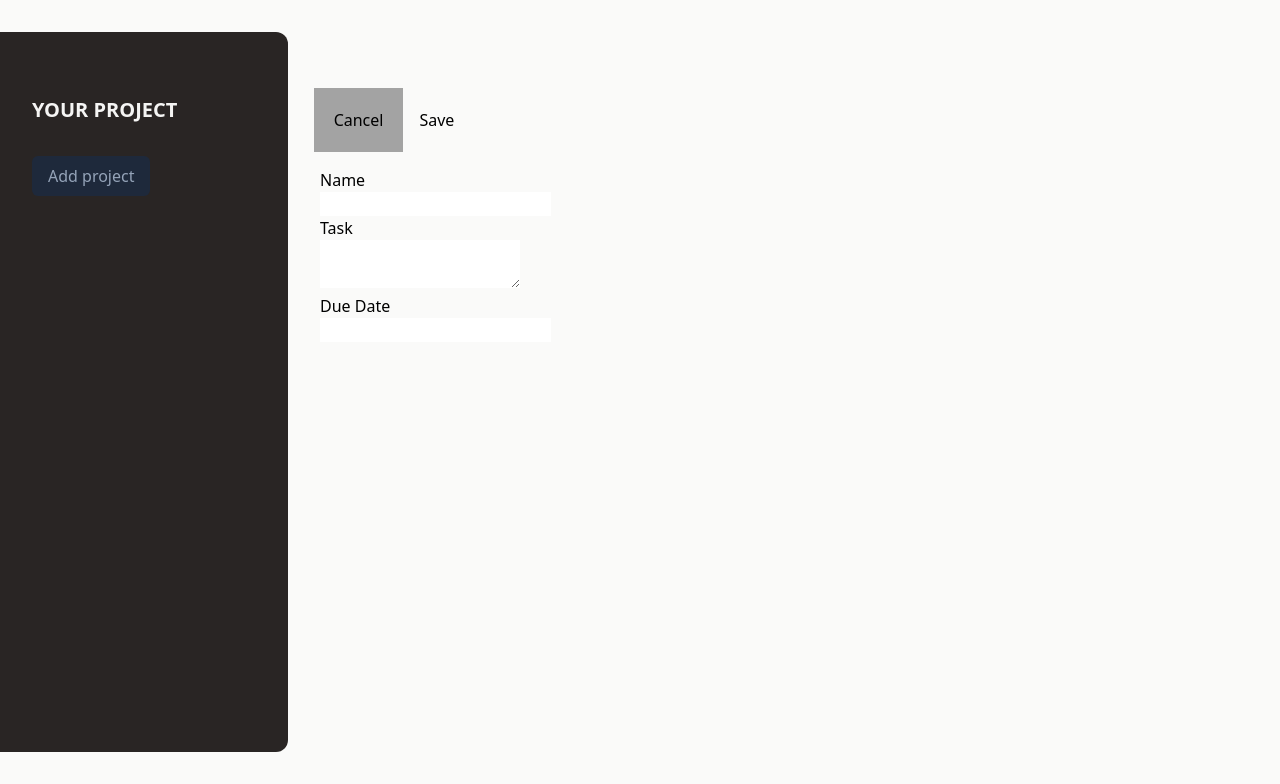
Repository: sibi24sibi/todo-list-using-reactjs
Page: /
The author's editor kept a copy of each file at every save. The page is drawn from the files as they stood at one save, then again after the next save.
The browser window is 1280 px wide. The pictures show the whole page.
The project was rebuilt for these pictures with package versions that can differ from the ones it lists, and the page was loaded fresh each time. Also part of the build but not shown: vite.config.js.

Above is the page before, as saved 2024-06-24 12:06:07.

After the next save:
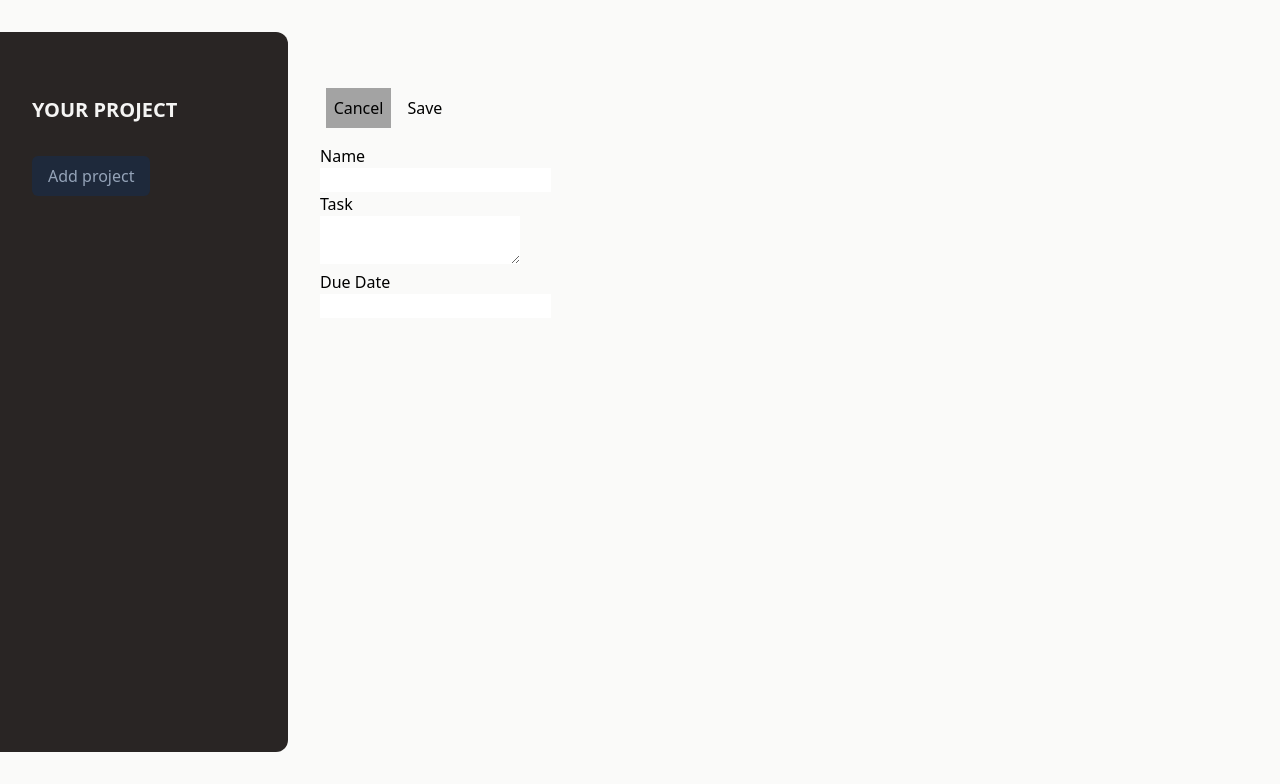
Saved 5 s later.
--- a/src/assets/Components/Input/NewProjects.jsx
+++ b/src/assets/Components/Input/NewProjects.jsx
@@ -5,7 +5,7 @@ export default function NewPoject() {
     <div className=" w-32 mt-10">
       <menu className="flex items-center justify-center gap-4 my-4">
         <li>
-          <button className="p-5 bg-neutral-400 ">Cancel</button>
+          <button className="p-2 bg-neutral-400 ">Cancel</button>
         </li>
         <li>
           <button>Save</button>
